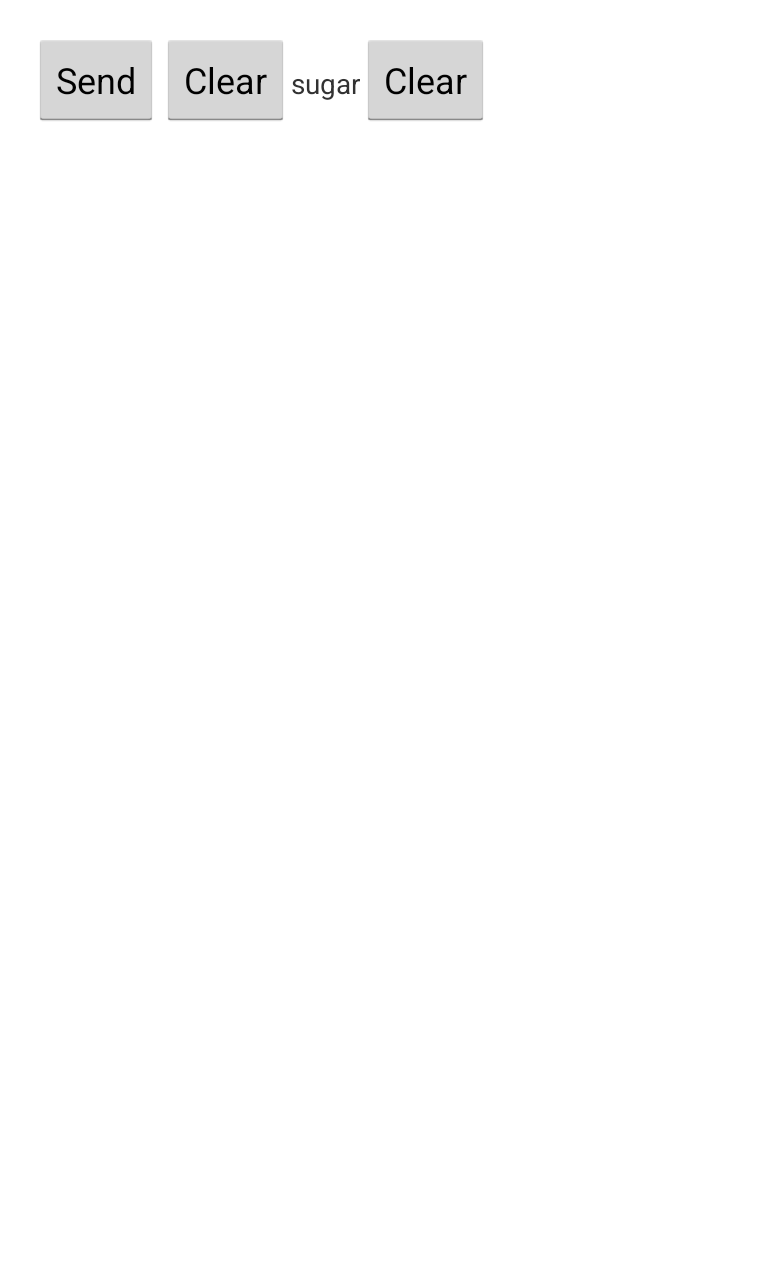
Repository: MICHAELDOVOHORG/mobiledev
Layout: Let'sChat/res/layout/activity_main.xml
An editor plug-in stored every save of this project. The layout is shown before and after the next save, followed by the edit.
It is drawn on a 768 x 1280 px phone screen (xhdpi) without system bars, with theme AppTheme; the app's code is not run.

Above is the layout before, as saved 2014-03-04 05:54:52.

After the next save:
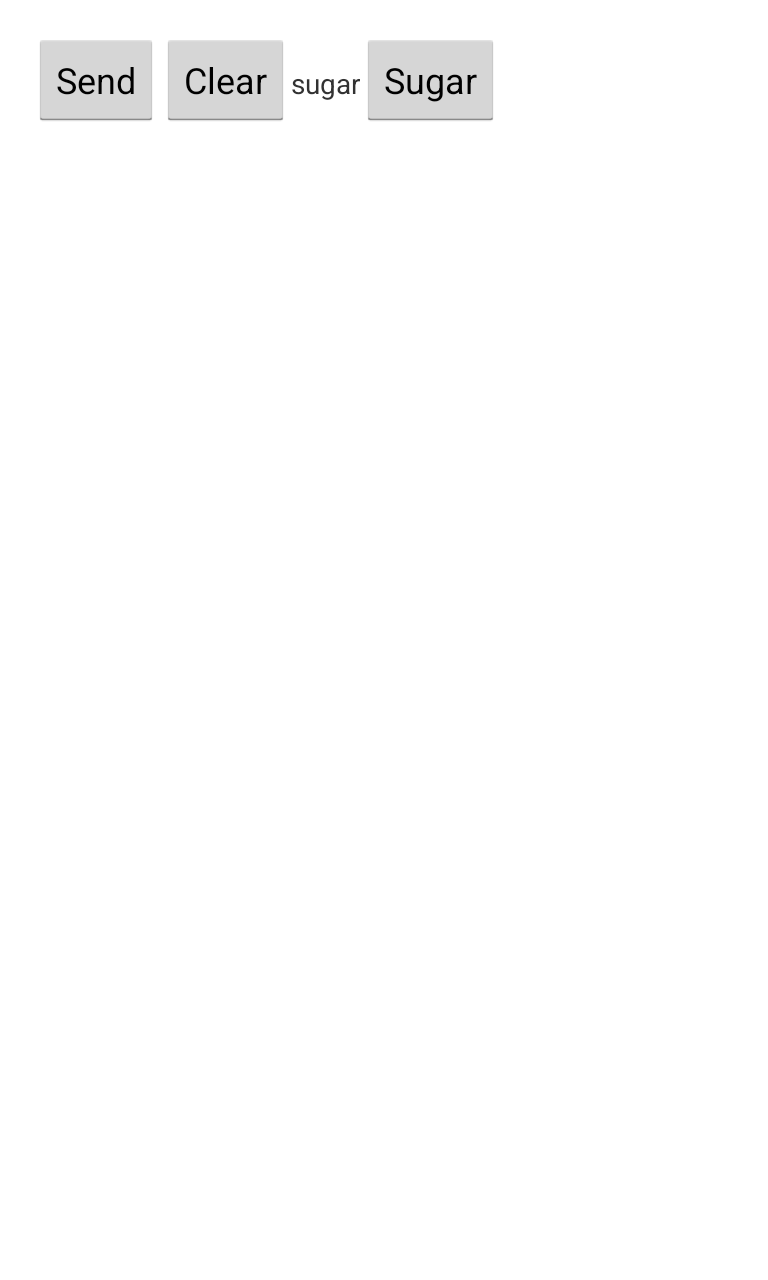
Saved 11 s later.
--- a/Let'sChat/res/layout/activity_main.xml
+++ b/Let'sChat/res/layout/activity_main.xml
@@ -37,7 +37,7 @@
         android:id="@+id/sugarButton"
         android:layout_width="wrap_content"
         android:layout_height="wrap_content"
-        android:text="Clear"
+        android:text="Sugar"
         android:onClick="sugar" />
 
 </LinearLayout>
